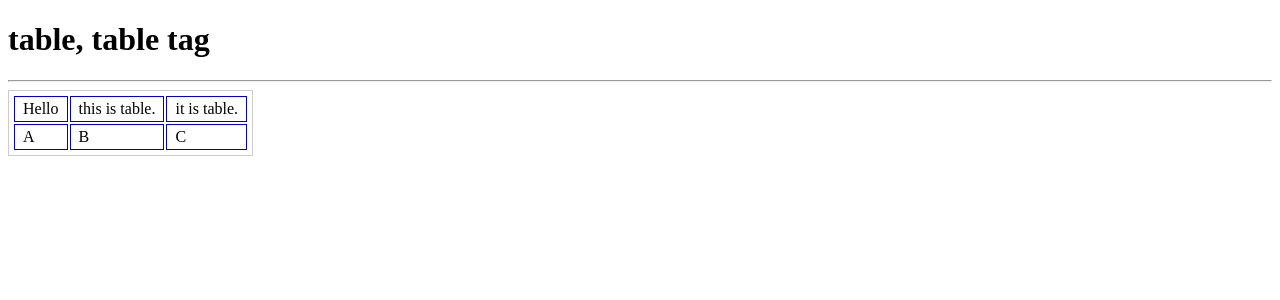
Repository: jihoonys82/weblec
Page: Front/WebContent/Ex01_HTML_tag/tagEx_05.html
The author's editor kept a copy of each file at every save. The page is drawn from the files as they stood at one save, then again after the next save.
The browser window is 1280 px wide. The pictures show the whole page.

Above is the page before, as saved 2018-07-23 11:14:38.

After the next save:
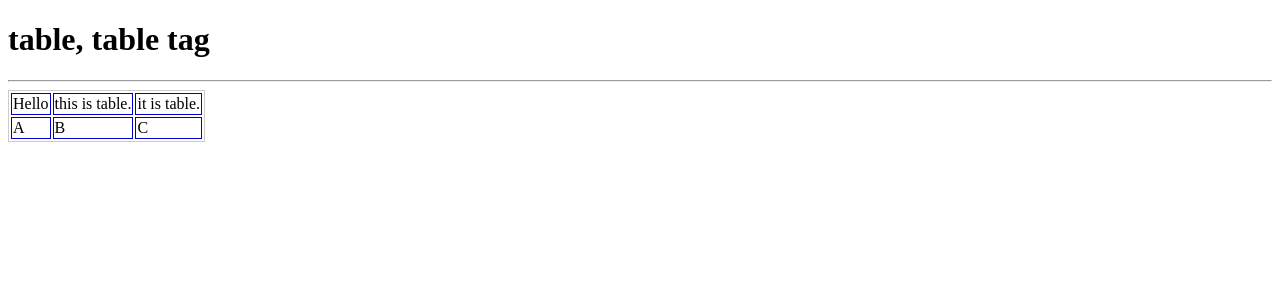
Saved 26 s later.
--- a/Front/WebContent/Ex01_HTML_tag/tagEx_05.html
+++ b/Front/WebContent/Ex01_HTML_tag/tagEx_05.html
@@ -7,12 +7,10 @@
 <style type="text/css"> /* stylesheet, CSS */
 table { /* Table outside square */
 	border: 1px solid #ccc;
-	padding : 3px;
 }
 
 td { /* each table data cell */
 	border: 1px solid #00C;
-	padding : 3px 8px;
  }
 
 </style>
